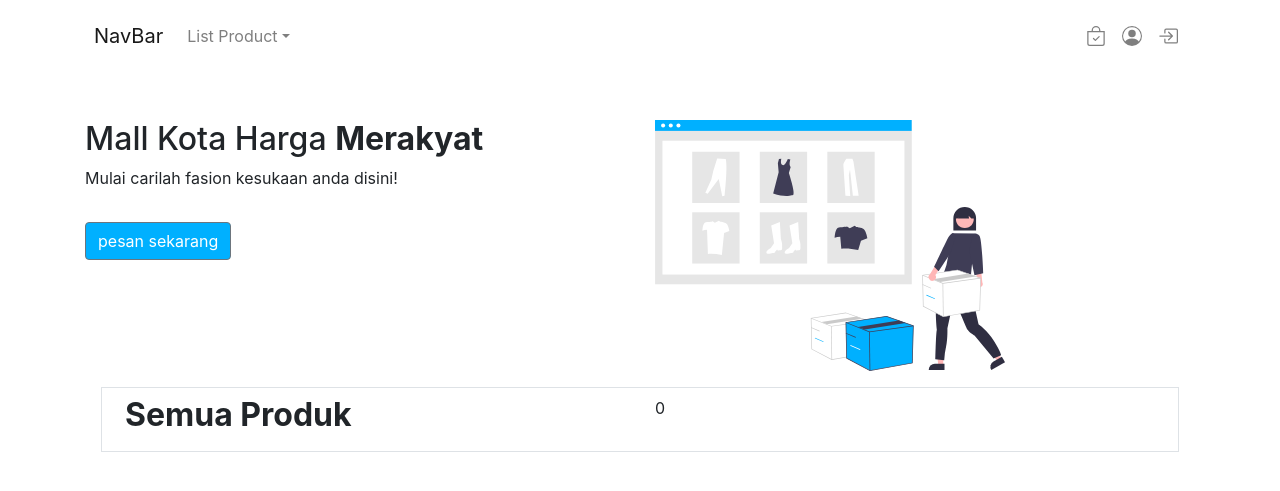
Repository: AHSANS354/ecommerce-catalog
Page: /
The author's editor kept a copy of each file at every save. The page is drawn from the files as they stood at one save, then again after the next save.
The browser window is 1280 px wide. The pictures show the whole page.
The page's requests for data from a server got no answer. The project was rebuilt for these pictures with package versions that can differ from the ones it lists, and the page was loaded fresh each time. No one was signed in, and anything a server would have sent is missing. Also part of the build but not shown: vue.config.js, src/components/CardProduct.vue.

Above is the page before, as saved 2023-03-01 22:23:33.

After the next save:
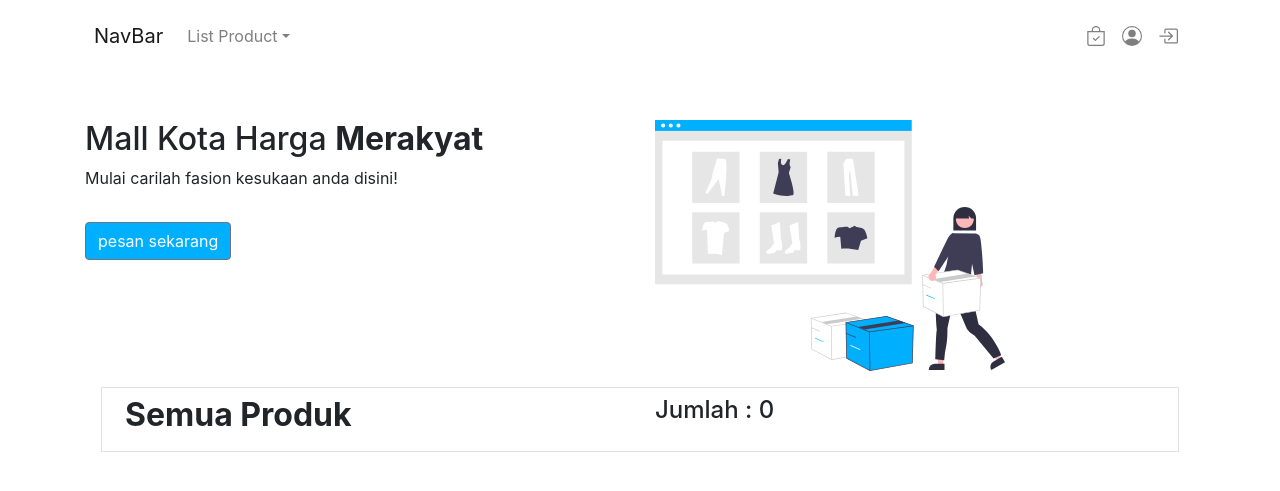
Saved 113 s later.
--- a/src/views/HomeView.vue
+++ b/src/views/HomeView.vue
@@ -23,7 +23,10 @@
           <h2><strong>Semua Produk</strong></h2>
         </div>
         <div class="col-md-6">
-          {{ products.length }}
+          <h4>
+            Jumlah :
+            {{ products.length }}
+          </h4>
         </div>
       </div>
 
